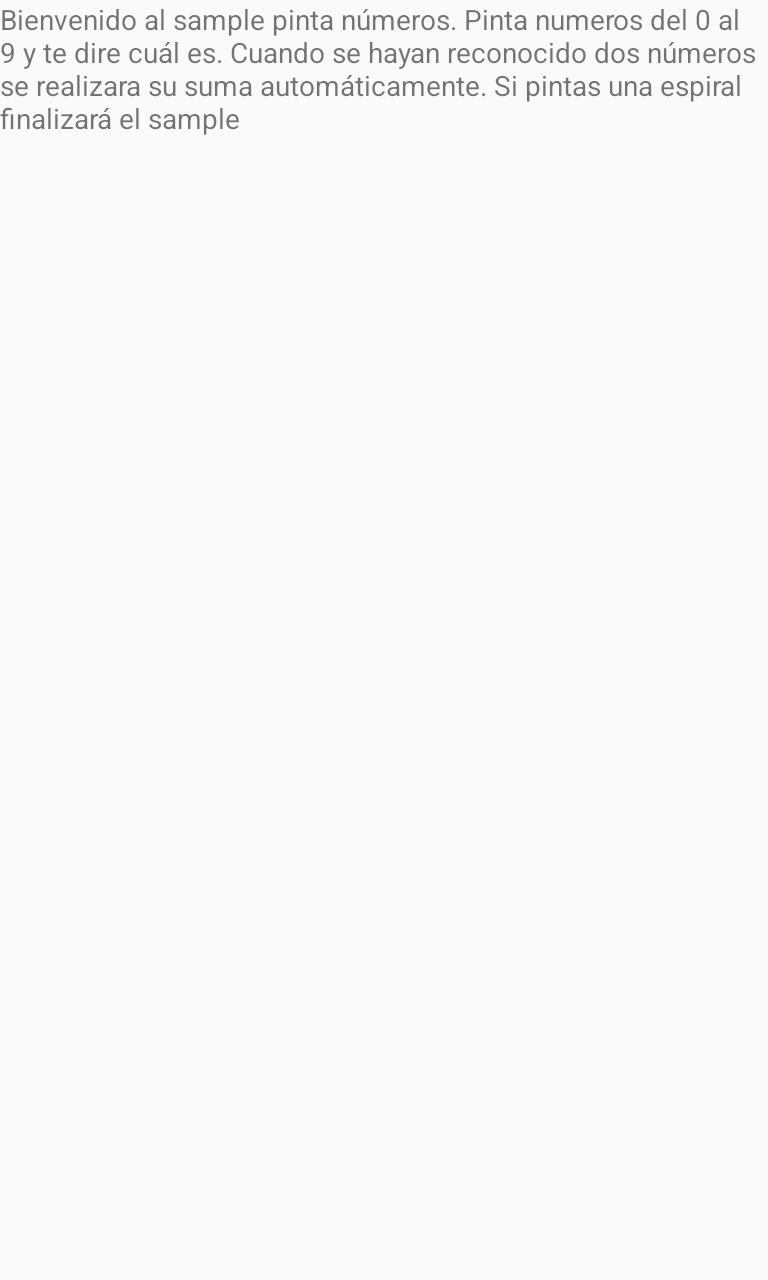
Repository: Jick9536/NPI-P3
Layout: Gesto2/res/layout/activity_main_activity2.xml
An editor plug-in stored every save of this project. The layout is shown before and after the next save, followed by the edit.
It is drawn on a 768 x 1280 px phone screen (xhdpi) without system bars, with theme AppTheme; the app's code is not run.

Above is the layout before, as saved 2015-01-03 19:42:09.

### Gesto2/res/layout/activity_main_activity2.xml
<?xml version="1.0" encoding="utf-8"?>
<LinearLayout xmlns:android="http://schemas.android.com/apk/res/android"
android:orientation="vertical"
android:layout_width="match_parent"
android:layout_height="match_parent"
>

<TextView
android:layout_width="match_parent"
android:layout_height="match_parent"
android:text="@string/info"/>

<android.gesture.GestureOverlayView
android:id="@+id/gestures"
android:layout_width="fill_parent"
android:layout_height="0dip"
android:layout_weight="1.0" />



</LinearLayout>

### Gesto2/res/values/strings.xml
<?xml version="1.0" encoding="utf-8"?>
<resources>

    <string name="app_name">Gesto2</string>
    <string name="info">Bienvenido al sample pinta números.
        Pinta numeros del 0 al 9 y te dire cuál es.
        Cuando se hayan reconocido dos números se realizara su suma automáticamente.
        Si pintas una espiral finalizará el sample</string>

</resources>

Loaded but not shown: Gesto2/res/values/styles.xml (common file); Gesto2/res/values-v11/styles.xml (common file); Gesto2/res/values-v14/styles.xml (common file)

After the next save:
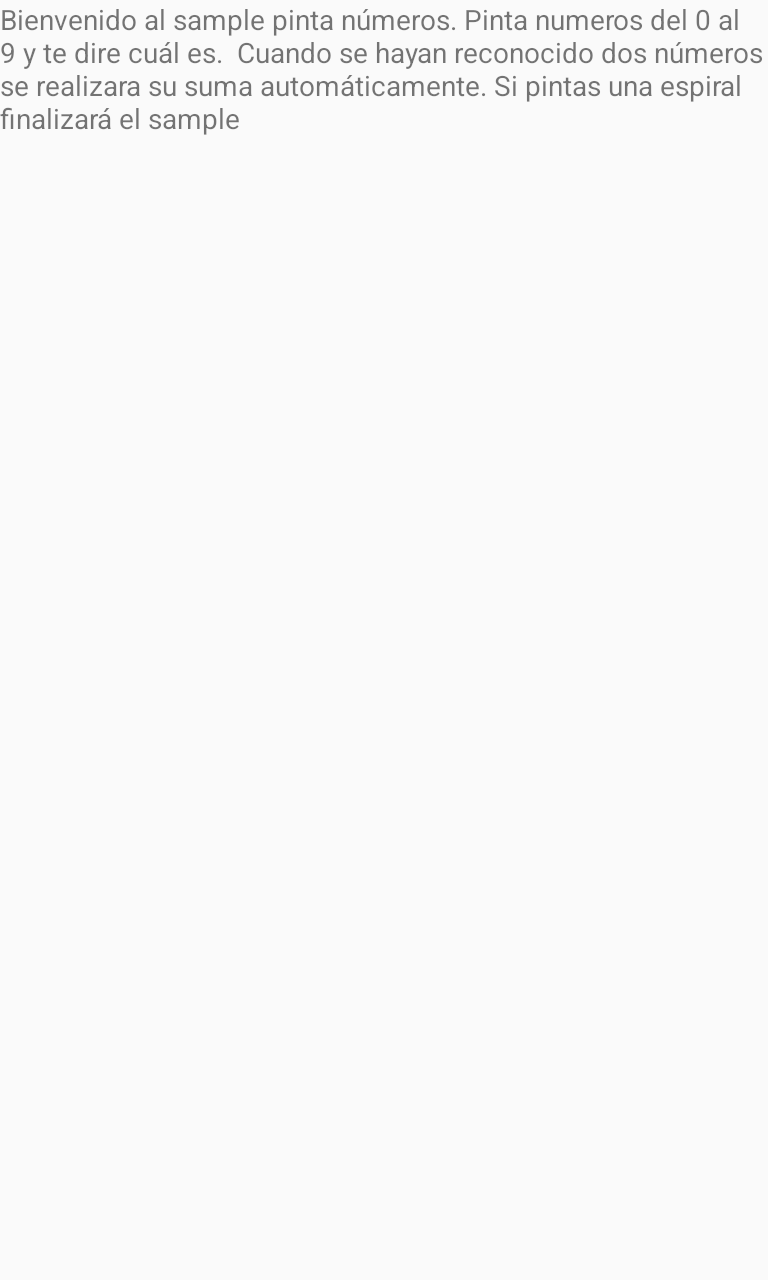
Saved 6 min 3 s later.
--- a/Gesto2/res/values/strings.xml
+++ b/Gesto2/res/values/strings.xml
@@ -2,9 +2,9 @@
 <resources>
 
     <string name="app_name">Gesto2</string>
-    <string name="info">Bienvenido al sample pinta números.
-        Pinta numeros del 0 al 9 y te dire cuál es.
-        Cuando se hayan reconocido dos números se realizara su suma automáticamente.
-        Si pintas una espiral finalizará el sample</string>
+    <string name="info">Bienvenido al sample pinta números.<br></br>
+        Pinta numeros del 0 al 9 y te dire cuál es. <br></br>
+        Cuando se hayan reconocido dos números se realizara su suma automáticamente.<br></br>
+        Si pintas una espiral finalizará el sample<br></br></string>
 
 </resources>
